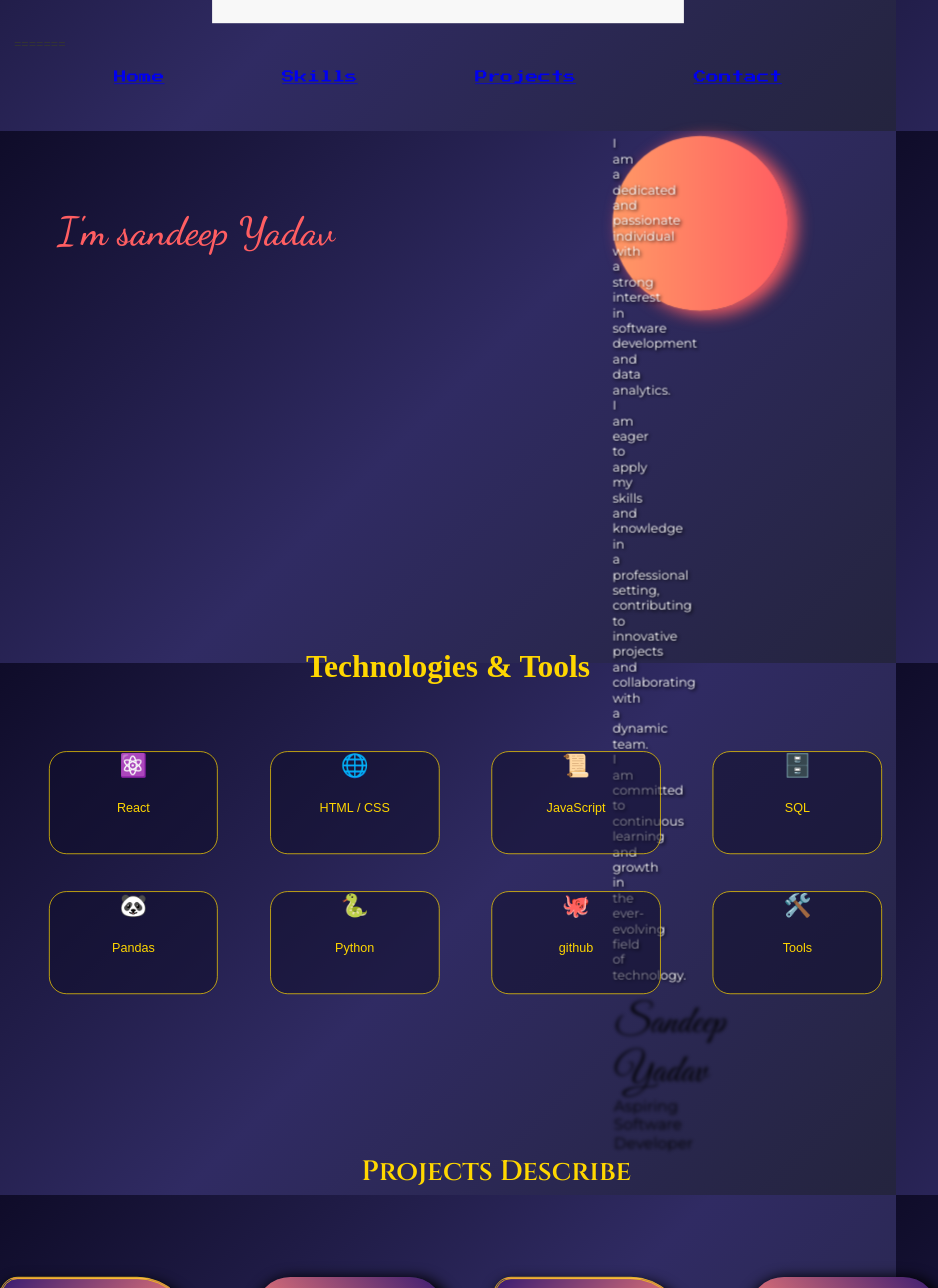
Repository: SandeepYadav18717/Sandeep_portfolio
Page: /
These files come from the project's save history. The page is drawn as it stood at one moment and after a run of saves; the edit follows.
The browser window is 1280 px wide. The page is 1340 px wide, so the pictures cover 1340 px, including what lies to the right of the window. The pictures show the part of the page from y = 573 to 2413 px (the page is 3680 px tall), at 70% of full size.
The project was rebuilt for these pictures with package versions that can differ from the ones it lists, and the page was loaded fresh each time. Also part of the build but not shown: vite.config.js, src/index.css.

Above is the page before, as saved 2025-09-02 02:14:36.

### index.html
<<<<<<< HEAD
 <!DOCTYPE html>
<html lang="en">
<head>
    <meta charset="UTF-8">
    <meta name="viewport" content="width=device-width, initial-scale=1.0">
    <title>Portfolio - Sandeep Yadav</title>
    <style>
        body {
            margin: 0;
            font-family: 'Arial', sans-serif;
            background-color: #ffffff;
            color: #333333;
            height: 100vh;
            display: flex;
            flex-direction: column;
            justify-content: space-between;
        }

        .container {
            max-width: 1200px;
            margin: 0 auto;
            padding: 20px;
            flex: 1;
        }

        .navbar {
            display: flex;
            justify-content: space-between;
            align-items: center;
            padding: 20px;
            background-color: #f8f8f8;
            box-shadow: 0 4px 8px rgba(0, 0, 0, 0.1);
            animation: slideIn 1s ease-out;
        }

        .navbar ul {
            list-style: none;
            display: flex;
            gap: 20px;
        }

        .navbar ul li {
            display: inline;
        }

        .navbar ul li a {
            color: #333333;
            text-decoration: none;
            font-weight: bold;
            transition: color 0.3s;
        }

        .navbar ul li a:hover {
            color: #007bff;
        }

        .hero {
            text-align: center;
            padding: 100px 20px;
            background: linear-gradient(135deg, #f8f8f8, #ffffff);
            animation: fadeIn 2s ease-in-out;
            flex: 1;
        }

        .hero h1 {
            font-size: 3em;
            margin: 0;
            color: #007bff;
            animation: bounceIn 1.5s ease-in-out;
        }

        .hero p {
            font-size: 1.2em;
            margin: 20px 0;
            color: #333333;
            animation: fadeIn 2s ease-in-out;
        }

        .hero a {
            display: inline-block;
            padding: 10px 20px;
            color: #ffffff;
            background-color: #007bff;
            text-decoration: none;
            border-radius: 5px;
            transition: background-color 0.3s;
            animation: fadeIn 2s ease-in-out;
        }

        .hero a:hover {
            background-color: #0056b3;
        }

        .footer {
            text-align: center;
            padding: 20px;
            background-color: #f8f8f8;
            animation: slideIn 1s ease-out;
        }

        .footer a {
            color: #007bff;
            text-decoration: none;
        }

        @keyframes slideIn {
            from {
                transform: translateY(-100%);
                opacity: 0;
            }
            to {
                transform: translateY(0);
                opacity: 1;
            }
        }

        @keyframes fadeIn {
            from {
                opacity: 0;
            }
            to {
                opacity: 1;
            }
        }

        @keyframes bounceIn {
            0%, 20%, 40%, 60%, 80%, 100% {
                transform: translateY(0);
            }
            50% {
                transform: translateY(-20px);
            }
        }
    </style>
</head>
<body>
    <div class="container">
        <nav class="navbar">
            <div class="logo">
                <h1>Portfolio</h1>
            </div>
            <ul>
                <li><a href="index.html">Home</a></li>
                <li><a href="about sandeep.html">About</a></li>
                <li><a href="Sandeep port experience.html">Skills</a></li>
                <li><a href="Sandeep port certifications.html">Certificates</a></li>
            </ul>
        </nav>

        <section class="hero" id="home">
            <h1>Hello! I Am Sandeep Yadav</h1>
            <p>Welcome to my portfolio. Explore my work and skills.</p>

        </section>

        <footer class="footer">
            <p>Connect with me on <a href="https://instagram.com/sandeepyadav782707?utm_source=qr&igshid=ZDc4ODBmNjlmNQ%3D%3D">Instagram</a> and <a href="https://www.linkedin.com/in/sandeep-yadav-0b6357210">LinkedIn</a></p>
        </footer>
    </div>
</body>
</html>
=======
<!doctype html>
<html lang="en">
  <head>
    <meta charset="UTF-8" />
    <link rel="icon" type="image/svg+xml" href="/vite.svg" />
    <meta name="viewport" content="width=device-width, initial-scale=1.0" />
    <title>Vite + React</title>
  </head>
  <body>
    <div id="root"></div>
    <script type="module" src="/src/main.jsx"></script>
  </body>
</html>
>>>>>>> 4fd1c6c (Initial upload of React portfolio project)

### src/App.jsx
import { useEffect } from "react";
import Navbar from "./navbar/Navbar";
import Index from "./Pages/Index";
import Skills from "./Pages/Skills";
import Cards from "./Cards/Cards";
import Contact from "./Contact/contact";
import "./App.css";

function App() {
  useEffect(() => {
    const observer = new IntersectionObserver(
      (entries) => {
        entries.forEach((entry) => {
          if (entry.isIntersecting) {
            entry.target.classList.add("visible");
          } else {
            entry.target.classList.remove("visible");
          }
        });
      },
      { threshold: 0.2 } // 20% section visible hote hi trigger
    );

    document.querySelectorAll(".section").forEach((sec) => {
      observer.observe(sec);
    });

    return () => observer.disconnect();
  }, []);

  return (
    <>
      <Navbar />
      <section id="home" className="section"><Index /></section>
      <section id="skills" className="section"><Skills /></section>
      <section id="projects" className="section"><Cards /></section>
      <section id="contact" className="section"><Contact /></section>
    </>
  );
}

export default App;

### src/Navbar/Navbar.jsx
import "./Navabr.css";



import { useState,useEffect } from 'react'
function Navbar() {
  const [loaded, setLoaded] = useState(false);

  useEffect(() => {
    // Trigger animation when component mounts
    setLoaded(true);
  }, []);
  function About(){
    location.href = 'Home.jsx';
    console.log("clickedded");
  }
  function Project(){
    location.href = 'Cards.jsx';
    console.log("clicked");
  }

    return (
        <div id="container">
       <a href="#home" className="nav-item">Home</a>
        <a href="#skills" className="nav-item">Skills</a>
        <a href="#projects" className="nav-item">Projects</a>
        <a href="#contact" className="nav-item">Contact</a>
        </div>
    )
}

export default Navbar;

### src/Pages/Index.jsx

import "./Home.css";

function Home() {
  return (
    <>

     <div id="detail">
     <div id="overlay">I'm sandeep Yadav</div>
     <div id="bg-Photo">

     <div id="intro">

          I am a dedicated and passionate individual with a strong interest in
          software development and data analytics. I am eager to apply my skills
          and knowledge in a professional setting, contributing to innovative
          projects and collaborating with a dynamic team. I am committed to
          continuous learning and growth in the ever-evolving field of
          technology.




   <div id="name">
          Sandeep Yadav


   <div id="role">
          Aspiring Software Developer


     </div></div></div></div></div>
     <br/><br/><br/><br/><br/>
    </>
  );
}

export default Home;

### src/Pages/Skills.jsx
import { Card } from "../Cards/Cards"
import "./Skills.css"


function Skills() {
  return (
    <>
      <h1> Technologies & Tools</h1>
      <div id="card-skill">
        <Card
          className="card-skill-1"
          title={<h3>⚛️</h3>}
          description="React"
        />
        <Card
          className="card-skill-2"
          title={<h3>🌐</h3>}
          description="HTML / CSS"
        />
        <Card
          className="card-skill-3"
          title={<h3>📜</h3>}
          description="JavaScript"
        />
        <Card
          className="card-skill-4"
          title={<h3>🗄️</h3>}
          description="SQL"
        />
      </div>

      {/* another div line 2 */}
      <div id="card-skill">
        <Card
          className="card-skill-1"
          title={<h3>🐼</h3>}
          description="Pandas"
        />
        <Card
          className="card-skill-2"
          title={<h3>🐍</h3>}
          description="Python"
        />
        <Card
          className="card-skill-3"
          title={<h3>🐙</h3>}
          description="github"
        />
        <Card
          className="card-skill-4"
          title={<h3>🛠️</h3>}
          description="Tools"
        />
      </div>
    </>
  )
}

export default Skills;

### src/Cards/Cards.jsx
import "./Card.css";

function Card(props) {
  return (
    <div className={props.className}>
       {/* //<div className="card-1"> </div> */}
      <div className={props.backClass}>
        {/* //<div className="Back"> </div> */}
        <h3>{props.title}{props.icon}</h3>
          {/* title="Machine Learning Project" */}
        <p>{props.description}</p>
      </div>
    </div>
  );
}

function Cards() {
  return (
    <div>
    <text

        style={{

          color: "#FFD700",
        fontFamily: 'Cinzel',
          textAlign: "center",
          fontSize: "40px",
          marginTop: "25%",
          marginLeft:"40%"
        }}
      >
        Projects Describe
      </text>

      <div id="card-contain">
        {/* Card-1 */}
        <Card
        className="card-1"
        backClass="Back"
        title="A.I Based Project"
        description="Developed a back-end system using Python and pandas to automatically send
          tailored mass emails to more than 1000 recipients. Developed a user-friendly
          front-end   , CSS, and JavaScript, enabling users to upload
          files and extract over 100 email addresses. Successfully implemented logic to
          dynamically populate email templates, reducing 20% manual effort."
        />

        {/* Card-2 */}
        <Card
          className="card-2"
          backClass="Back-X"
          title="Machine Learning Based"
          description="Created a Supervised Learning model for Behavioral Pattern Recognition to
          effectively arrange and distribute time for more than 15 user tasks. 10% more
          user productivity and time savings were achieved through suggested performance
          enhancements and intelligent time allocation using HTML, CSS, JavaScript, and ML."
        />

        {/* Card-3 */}
        <Card
          className="card-3"
          backClass="Back"
          title="Book Writing Project"
          description="Co-authoring a technical book on Machine Learning (ML) concepts and applications with 1+ one or more faculty members.
 Using real-world examples in Python, I have written and organized more than 5 chapters on the basics of supervised learning techniques, such as linear regression.
"
        />

        {/* Card-4 */}
        <Card
          className="card-4"
          backClass="Back-X"
          title="Behavioral Pattern Recognition"
          description="Created a Supervised Learning model for Behavioral Pattern Recognition to
          effectively..."
        />
      </div>
    </div>
  );
}
export { Card };
export default Cards;

### src/Contact/contact.jsx
import { useState } from "react";
import "./contact.css";

function Contact() {
  const [name, setName] = useState("");
  const [Email, setEmail] = useState("");
  const [phone, setPhone] = useState("");
  function on(event){
    setName(event.target.value)

  }
   function email(event){
    setEmail(event.target.value)

  }
   function Phone(event){
    setPhone(event.target.value)

  }


  return (
    <>
    <div id="heading">Get in <span style={{color:"gold"}}>Touch</span> With Us
</div>
<br />
<div id="value">
      <input
        type="text"
        onChange={on}

        placeholder="Enter your name"
        className="input-box"
      /><br />
      {name}

      <br />

      <input
      className="input-box"
        type="email"
        onChange={email}
        placeholder="Enter your Email"
      /><br />
     Email is: {Email}
<br />
       <input
       className="input-box"
        type="Phone"
        onChange={Phone}

        placeholder="Enter your Phone number"
      />
      <br />
      Mobile No:{phone}
      <br />
    <br />

  <button >submit</button>
    </div>
    </>
  );
}


export default Contact;

### src/App.css
html { scroll-behavior: smooth; }

.section {
  min-height: 100vh;
  opacity: 0;
  transform: translateY(80px);
  transition: all 1.2s ease-in-out;
  transition-delay: 0.3s;
}

.section.visible {
  opacity: 1;
  transform: translateY(0);
}

### src/Navbar/Navabr.css
@import url('https://fonts.googleapis.com/css2?family=Press+Start+2P&display=swap');
html {
  scroll-behavior: smooth;
}
#container {
    height: 70px;
    width: 100%;
    display: flex;
    justify-content: space-evenly;
    align-items: center;
    font-family: 'Press Start 2P', cursive;
    color: #4e3940;
    background-color: transparent;
    transition: all 0.2s ease-in-out;
}
#container

.nav-item {
    padding: 10px 25px;
    border-radius: 10px;


    transition: all 0.4s ease;
}

#container .nav-item:hover {
    text-shadow: 2px 2px 5px whitesmoke;
    box-shadow: 0 10px 20px rgba(0,0,0,0.5);
    transform: translateY(-10px) scale(1.1);
    background-color:  #4e3940;
    color: whitesmoke;
    cursor: pointer;
}

body{
    background: linear-gradient(135deg,black);
    height: 100vh;
}

### src/Pages/Home.css
@import url('https://fonts.googleapis.com/css2?family=Great+Vibes&display=swap');
@import url("https://fonts.googleapis.com/css2?family=Dancing+Script:wght@600&display=swap");

#detail {
  position: relative;
  margin-top: 0%;
  height: auto;
  padding: 50px;
  display: flex;
  flex-direction: column;
  align-items: center;
}

#bg-Photo {
  height: 250px;
  width: 250px;
  background: linear-gradient(to right, #ff9966, #ff5e62);
  border-radius: 50%;
  margin-bottom: 30px;
  margin-left: 100vh;
  box-shadow: 12px 5px 25px #ff5e62;
  animation: photoSlide 1.5s ease forwards;
}

@keyframes photoSlide {
  from {
    transform: translateY(-200%);
    opacity: 0;
  }
  to {
    transform: translateY(0);
    opacity: 1;
  }
}


#name {
  font-family: 'Montserrat', sans-serif;
  font-size: 30px;
  color: white;
  margin-bottom: 10px;
  margin-left: 50%;
  animation: nameSlide 1.5s ease forwards;
}

@keyframes nameSlide {
  from {
    transform: translateX(-100%);
    opacity: 0;
  }
  to {
    transform: translateX(0);
    opacity: 1;
  }
}


#role {
  font-family: 'Montserrat', sans-serif;
  font-size: 22px;
  color: #ffd700;
  margin-bottom: 20px;
  animation: roleSlide 1.5s ease forwards;
  margin-left: 50%;
}

@keyframes roleSlide {
  from {
    transform: translateX(100%);
    opacity: 0;
  }
  to {
    transform: translateX(0);
    opacity: 1;
  }
}


#intro {
  font-family: 'Montserrat', sans-serif;
  font-size: 18px;
  color: white;
  text-align: center;
  margin-right: 100vh;
  max-width: 100vh;
  text-shadow: 2px 2px 5px black;
  animation: introSlide 2s ease forwards;
  opacity: 0;
}

@keyframes introSlide {
  from {
    transform: translateY(200%);
    opacity: 0;
  }
  to {
    transform: translateY(0);
    opacity: 1;
  }
}
#overlay {
  position: absolute;
  color:  #ff5e62;
  top: 40%;
  left: 5%;
  font-size: 400%;
  height: 100%;
}

#name {
  font-family: 'Great Vibes', cursive;
  font-size: 3.5rem;
  text-align: center;
  margin-top: 20px;


  background: linear-gradient(45deg, #ff9a9e, #fad0c4, #fbc2eb);
  background-clip: text;
  -webkit-text-fill-color: transparent;
}
#overlay{
   font-family:  'Dancing Script', cursive;
  font-size: 3.5rem;
  text-align: center;


}
#Linkdin{
  height:50px;
  width:100px;
  background-color: red;

}

### src/Pages/Skills.css
@import url("https://fonts.googleapis.com/css2?family=Monoton&display=swap");

html {
  scroll-behavior: smooth;
}
h1 {
  text-align: center;
  color: gold;

  margin-top: 20px;
  font-size: 250%;
  margin-top: 5%;
  font-family: 'Bebas Neue';
}
#card-skill {
  height: 200px;
  display: flex;

  align-items: center;
  gap:2%;
  border-radius: 20px;
  color: white;
  width:100%




}
.card-skill-1,.card-skill-2,.card-skill-3,.card-skill-4{
    background-color:  rgba(15, 12, 41, 0.7);
    border: 1px solid gold;
    height:145px;
    width:250px;
    background: rgba(15, 12, 41, 0.5);
    border-radius: 25px;
    margin-left: 4%;
    margin-top: 5%;
    text-align: center;
    color: #ffd700


 ;


}
.card-skill-1:hover,.card-skill-2:hover,.card-skill-3:hover,.card-skill-4:hover,.card-skill.h3:hover{
    border-color: #ffd700;
    box-shadow: 10px 15px 15px rgba(255, 215, 0, 0.2),  0 2.5px 5px crimson;
    transform: scale(1.3);
    border:2px, double ,gold;

}
.card-skill.h3 {
  color: yellow;
  background: transparent;
  display: inline-block;
  font-size: 20px;
  transition: transform 0.3s ease, color 0.3s ease;
  height: 35px;
  width:250px;
}

### src/Contact/contact.css
html {
  scroll-behavior: smooth;
}

body{
    background-color: azure;
    color: aqua;
    font-size: large;
}
.input-box {
             display: inline-flex;
            align-items: center;
            gap: 15px;
            margin-top: 2%;
            padding: 18px 40px;
            background: linear-gradient(135deg, var(--gold) 0%, #B8860B 100%);
            color: var(--dark);
            border: none;
            font-weight: 600;
            border-radius: 2px;
            transition: var(--transition);
            box-shadow: 0 10px 30px rgba(212, 175, 55, 0.3);
            cursor: pointer;



}
@keyframes input {
   25% {
    transform: translateY(-1225px);
  }
  50% {
    transform: translateZ(100px) translateY(100px);
  }
  75% {
    transform: translateZ(1225px);
  }
}


.input-box:focus {
  border-color: #007bff;
  box-shadow: -4px 15px 25px rgba(240, 241, 243, 0.5);
  width: 500px;

}
button{
    display: inline-flex;
            align-items: center;

            gap: 15px;
            padding: 18px 40px;
            background: linear-gradient(to right, #ff9966, #ff5e62);
            color: Gold;
            border: yellow;
            font-weight: 600;
            border-radius: 2px;
            transition: var(--transition);
            box-shadow: 0 10px 30px rgba(212, 175, 55, 0.3);
            cursor: pointer;
}
button:hover{
     transform: translateY(-3px);
            box-shadow: 0 15px 40px rgba(212, 175, 55, 0.4);
}
#heading{
    font-size: xxx-large;
    color:  #f9dcdc;
    text-shadow: 1px 1px 4px  gold;
    text-align: center;
}

Loaded but not shown: src/main.jsx (common file); src/Cards/Card.css (155 lines, source omitted)

After the next 3 saves:
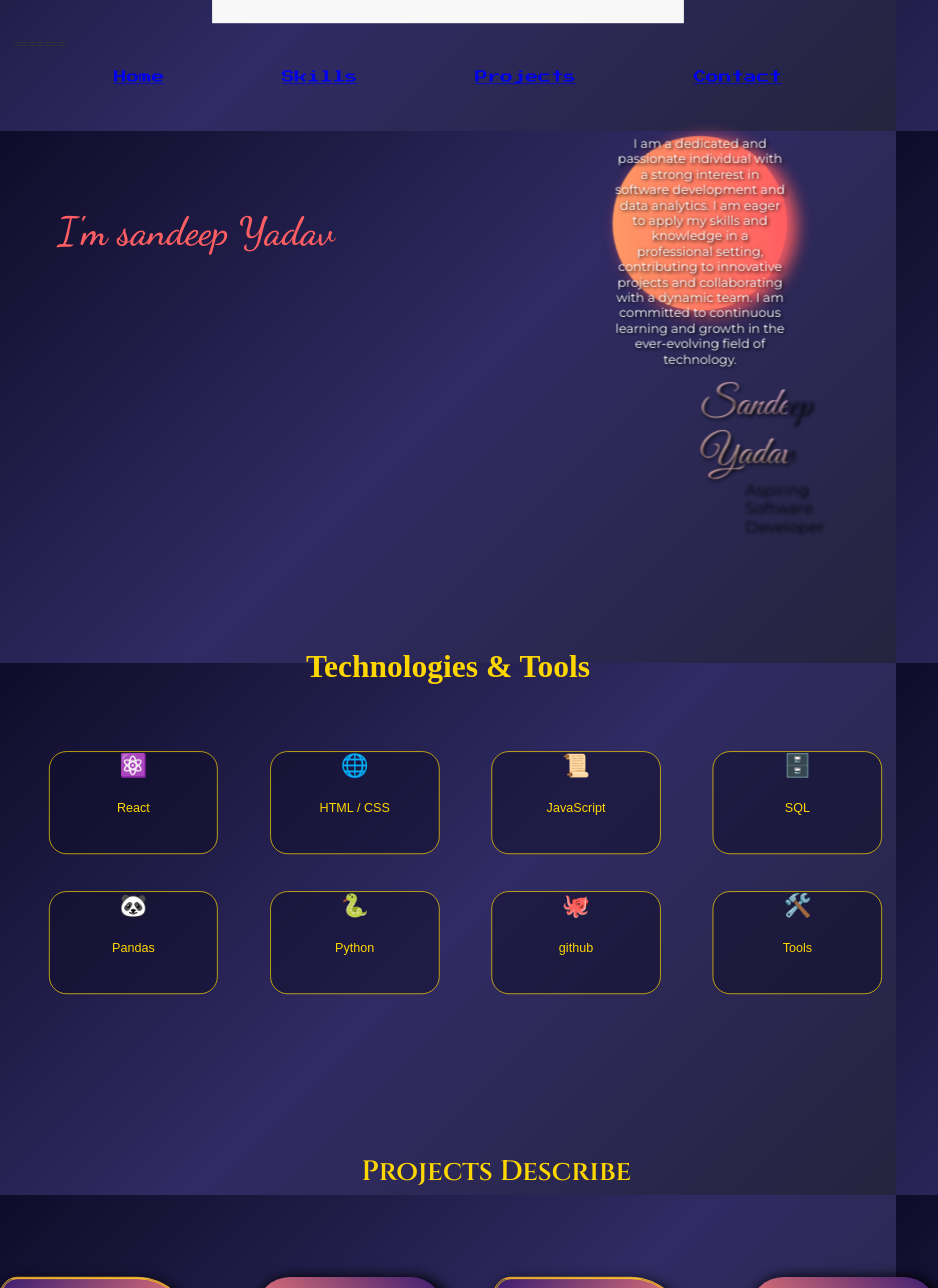
The 3 saves are shown as one change because they came seconds apart.
The last was saved 47 s later.
--- a/src/Pages/Home.css
+++ b/src/Pages/Home.css
@@ -82,7 +82,7 @@
   color: white;
   text-align: center;
   margin-right: 100vh;
-  max-width: 100vh;
+  width: 100%;
   text-shadow: 2px 2px 5px black;
   animation: introSlide 2s ease forwards;
   opacity: 0;

After the save that followed:
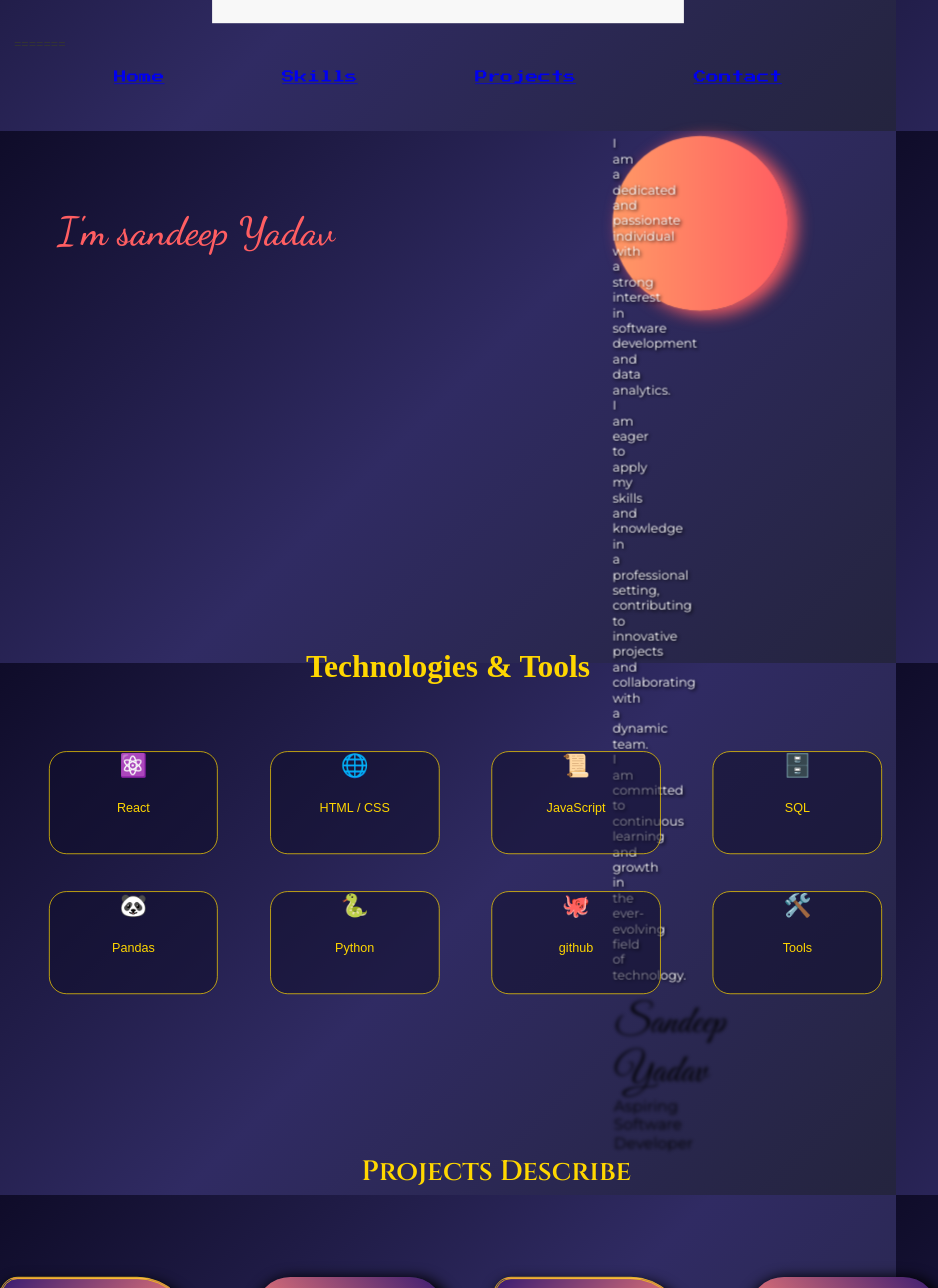
Saved 26 s later.
--- a/src/Pages/Home.css
+++ b/src/Pages/Home.css
@@ -82,7 +82,7 @@
   color: white;
   text-align: center;
   margin-right: 100vh;
-  width: 100%;
+  max-width: 100vh;
   text-shadow: 2px 2px 5px black;
   animation: introSlide 2s ease forwards;
   opacity: 0;
